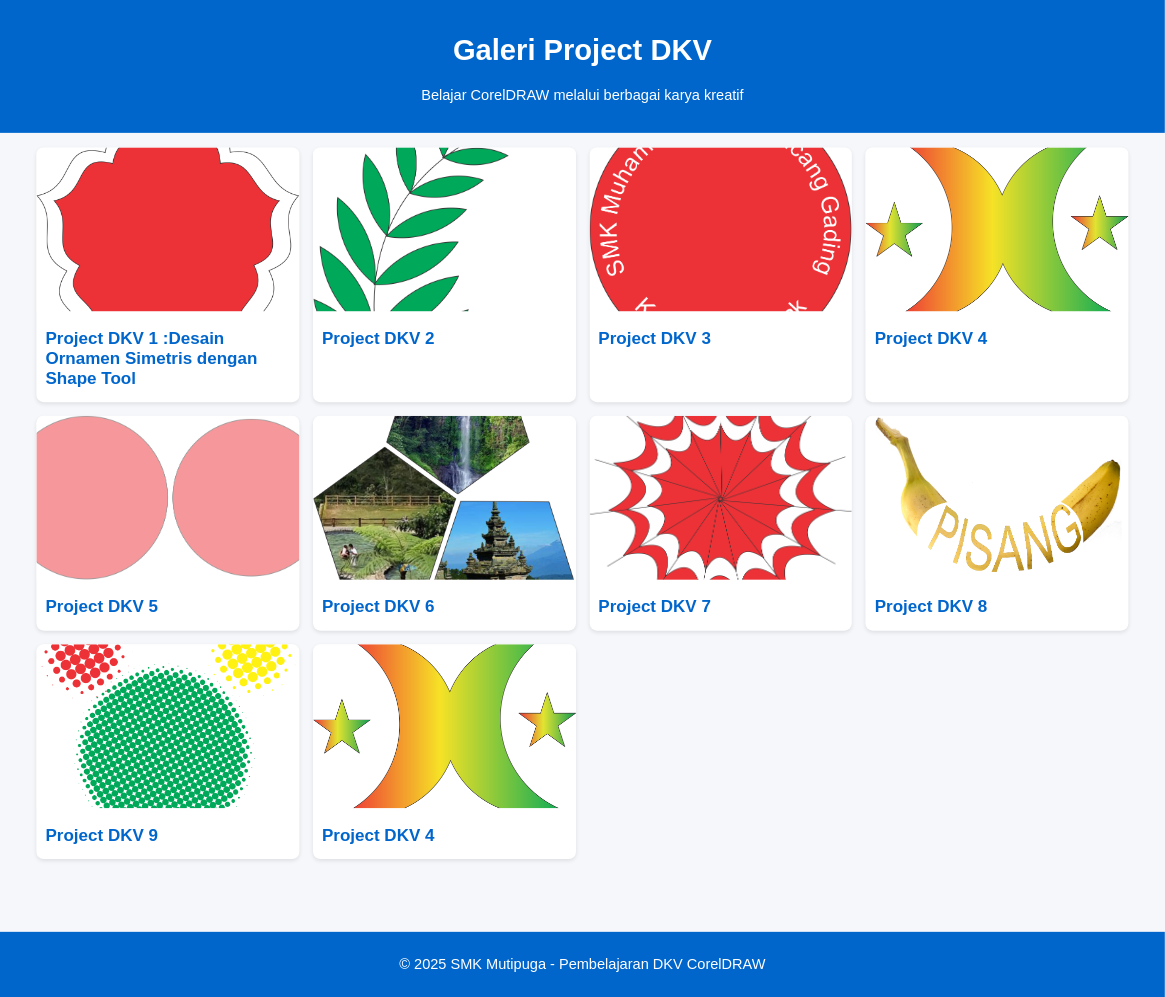
Repository: ppdbsmkmutipuga/galeriprojectdkvsmkmutipuga
Page: index.html
These files come from the project's save history. The page is drawn as it stood at one moment and after a run of saves; the edit follows.
The browser window is 1280 px wide. The pictures show the whole page, at 91% of full size.

Above is the page before, as saved 2025-08-14 03:10:18.
Console error: TypeError: Cannot read properties of null (reading 'addEventListener')

### index.html
<!DOCTYPE html>
<html lang="id">

<head>
    <meta charset="UTF-8">
    <meta name="viewport" content="width=device-width, initial-scale=1.0">
    <title>Galeri Project DKV CorelDRAW</title>
    <link rel="stylesheet" href="styles.css">
</head>

<body>

    <header>
        <h1>Galeri Project DKV</h1>
        <p>Belajar CorelDRAW melalui berbagai karya kreatif</p>
    </header>

    <main>
        <section class="grid-container" id="projectGrid">
            <!-- Card project akan dimasukkan lewat JavaScript -->
        </section>
    </main>

    <footer>
        <p>&copy; 2025 SMK Mutipuga - Pembelajaran DKV CorelDRAW</p>
    </footer>

    <!-- Modal -->
    <!-- Modal -->
    <div id="modal" class="modal">
        <div class="modal-content">
            <button class="close-btn" aria-label="Tutup Popup">
                &times; Tutup
            </button>

            <img id="modalImage" src="" alt="Project">
            <h2 id="modalTitle"></h2>
            <div class="modal-scroll">
                <h4>Yang Dipelajari:</h4>
                <ul id="modalBelajar"></ul>
                <h4>Tujuan:</h4>
                <ul id="modalTujuan"></ul>
            </div>
        </div>
    </div>


    <script src="script.js"></script>
</body>

</html>

### styles.css
body {
    font-family: Arial, sans-serif;
    margin: 0;
    background: #f5f7fa;
    color: #333;
}

header {
    background: #0066cc;
    color: white;
    text-align: center;
    padding: 1rem;
}

main {
    max-width: 1200px;
    margin: auto;
    padding: 1rem;
}

.grid-container {
    display: grid;
    grid-template-columns: repeat(auto-fit, minmax(250px, 1fr));
    gap: 15px;
    margin-bottom: 2rem;
}

.project-card {
    background: white;
    border-radius: 8px;
    overflow: hidden;
    box-shadow: 0 2px 5px rgba(0, 0, 0, 0.1);
    cursor: pointer;
    transition: transform 0.2s;
}

.project-card:hover {
    transform: scale(1.03);
}

.project-card img {
    width: 100%;
    height: 180px;
    object-fit: cover;
}

.project-info {
    padding: 10px;
}

.project-info h3 {
    margin: 5px 0;
    color: #0066cc;
}

footer {
    background: #0066cc;
    color: white;
    text-align: center;
    padding: 0.7rem;
    margin-top: 2rem;
}

/* Modal Style */
/* Modal background */
.modal {
    display: none;
    position: fixed;
    z-index: 1000;
    left: 0;
    top: 0;
    width: 100%;
    height: 100%;
    background-color: rgba(0, 0, 0, 0.7);
}

/* Modal box */
.modal-content {
    background: white;
    margin: 50px auto;
    padding: 15px;
    border-radius: 8px;
    width: 80%;
    max-width: 800px;
    max-height: 90vh;
    /* Biar nggak melebihi layar */
    overflow: hidden;
    /* Scroll hanya di area dalam */
    display: flex;
    flex-direction: column;
}

/* Scrollable area */
.modal-scroll {
    flex: 1;
    overflow: auto;
    /* Scroll muncul kalau konten panjang */
    margin-top: 10px;
    padding: 10px;
    border-top: 1px solid #ccc;
}

/* Biar bisa scroll kanan kiri juga */
.modal-scroll ul,
.modal-scroll p {
    min-width: 600px;
    /* Kalau mau horizontal scroll */
}

/* Gambar di modal */
.modal-content img {
    max-height: 300px;
    object-fit: contain;
    width: 100%;
}

/* Tombol close */
.close-btn {
    position: absolute;
    top: 15px;
    right: 20px;
    font-size: 28px;
    font-weight: bold;
    cursor: pointer;
}


.close-btn {
    position: absolute;
    top: 15px;
    right: 20px;
    background-color: #e74c3c;
    /* merah biar jelas */
    color: white;
    font-size: 16px;
    font-weight: bold;
    border: none;
    padding: 8px 14px;
    border-radius: 20px;
    cursor: pointer;
    display: flex;
    align-items: center;
    gap: 5px;
    transition: background 0.3s ease;
}

.close-btn:hover {
    background-color: #c0392b;
    /* merah lebih gelap saat hover */
}

.close-btn:focus {
    outline: 2px solid #fff;
    outline-offset: 2px;
}

### script.js
// Data project (setiap project punya data berbeda)
const projects = [
    {
        title: "Project DKV 1 :Desain Ornamen Simetris dengan Shape Tool",
        image: "images/project01dkv.png",
        belajar: [
            "Menggunakan Shape Tool untuk mengedit node dan membentuk objek",
            "Mengubah garis menjadi kurva dengan fitur To Curve",
            "Mengatur urutan objek dengan Order to Back Layer",
            "Menerapkan prinsip keseimbangan dan simetri dalam desain",
            "Mengatur warna dan lapisan untuk menghasilkan tampilan yang menarik.",
        ],
        tujuan: [
            "Melatih keterampilan dasar mengolah objek vektor di CorelDRAW",
            "Mengembangkan kemampuan membentuk ornamen dengan teknik kurva",
            "Memahami pengaturan lapisan (layer) untuk manajemen desain yang rapi",
            "Menumbuhkan kreativitas dalam menciptakan desain dekoratif",
            "Meningkatkan ketelitian dan estetika dalam karya digital."
        ]
    },
    {
        title: "Project DKV 2",
        image: "images/project02dkv.png",
        belajar: [
            "Menggunakan Shape Tool untuk membentuk ikon",
            "Memanfaatkan kurva Bézier untuk detail logo",
            "Pengaturan warna dan gradasi",
            "Export logo dengan latar transparan"
        ],
        tujuan: "Menguasai pembuatan logo sederhana yang mewakili identitas organisasi."
    },
    {
        title: "Project DKV 3",
        image: "images/project03dkv.png",
        belajar: [
            "Menentukan layout poster vertikal",
            "Mengatur teks headline dan subheadline",
            "Menggunakan gambar dengan efek transparansi",
            "Memadukan warna untuk kesan energik"
        ],
        tujuan: "Mampu membuat poster yang komunikatif dan menarik perhatian audiens."
    },
    {
        title: "Project DKV 4",
        image: "images/project04dkv.png",
        belajar: [
            "Menentukan layout poster vertikal",
            "Mengatur teks headline dan subheadline",
            "Menggunakan gambar dengan efek transparansi",
            "Memadukan warna untuk kesan energik"
        ],
        tujuan: "Mampu membuat poster yang komunikatif dan menarik perhatian audiens."
    },
    {
        title: "Project DKV 5",
        image: "images/project05dkv.png",
        belajar: [
            "Menentukan layout poster vertikal",
            "Mengatur teks headline dan subheadline",
            "Menggunakan gambar dengan efek transparansi",
            "Memadukan warna untuk kesan energik"
        ],
        tujuan: "Mampu membuat poster yang komunikatif dan menarik perhatian audiens."
    },
    {
        title: "Project DKV 6",
        image: "images/project06dkv.png",
        belajar: [
            "Menentukan layout poster vertikal",
            "Mengatur teks headline dan subheadline",
            "Menggunakan gambar dengan efek transparansi",
            "Memadukan warna untuk kesan energik"
        ],
        tujuan: "Mampu membuat poster yang komunikatif dan menarik perhatian audiens."
    },
    {
        title: "Project DKV 7",
        image: "images/project07dkv.png",
        belajar: [
            "Menentukan layout poster vertikal",
            "Mengatur teks headline dan subheadline",
            "Menggunakan gambar dengan efek transparansi",
            "Memadukan warna untuk kesan energik"
        ],
        tujuan: "Mampu membuat poster yang komunikatif dan menarik perhatian audiens."
    },
    {
        title: "Project DKV 8",
        image: "images/project08dkv.png",
        belajar: [
            "Menentukan layout poster vertikal",
            "Mengatur teks headline dan subheadline",
            "Menggunakan gambar dengan efek transparansi",
            "Memadukan warna untuk kesan energik"
        ],
        tujuan: "Mampu membuat poster yang komunikatif dan menarik perhatian audiens."
    },
    {
        title: "Project DKV 9",
        image: "images/project09dkv.png",
        belajar: [
            "Menentukan layout poster vertikal",
            "Mengatur teks headline dan subheadline",
            "Menggunakan gambar dengan efek transparansi",
            "Memadukan warna untuk kesan energik"
        ],
        tujuan: "Mampu membuat poster yang komunikatif dan menarik perhatian audiens."
    },
    {
        title: "Project DKV 4",
        image: "images/project04dkv.png",
        belajar: [
            "Menentukan layout poster vertikal",
            "Mengatur teks headline dan subheadline",
            "Menggunakan gambar dengan efek transparansi",
            "Memadukan warna untuk kesan energik"
        ],
        tujuan: "Mampu membuat poster yang komunikatif dan menarik perhatian audiens."
    },
];

// Tampilkan grid
const projectGrid = document.getElementById("projectGrid");
projects.forEach((proj, index) => {
    const card = document.createElement("div");
    card.classList.add("project-card");

    card.innerHTML = `
        <img src="${proj.image}" alt="${proj.title}">
        <div class="project-info">
            <h3>${proj.title}</h3>
        </div>
    `;

    // Klik untuk buka modal
    card.addEventListener("click", () => openModal(index));
    projectGrid.appendChild(card);
});

// Modal logic
const modal = document.getElementById("modal");
const modalImage = document.getElementById("modalImage");
const modalTitle = document.getElementById("modalTitle");
const modalBelajar = document.getElementById("modalBelajar");
const modalTujuan = document.getElementById("modalTujuan");
const closeBtn = document.querySelector(".close-btn");

function openModal(index) {
    const proj = projects[index];
    modalImage.src = proj.image;
    modalTitle.textContent = proj.title;
    modalBelajar.innerHTML = proj.belajar.map(item => `<li>${item}</li>`).join("");
    modalTujuan.textContent = proj.tujuan;
    modal.style.display = "block";
}

closeBtn.addEventListener("click", () => {
    modal.style.display = "none";
});

window.addEventListener("click", (e) => {
    if (e.target === modal) modal.style.display = "none";
});

// Form interaktif
document.getElementById("feedbackForm").addEventListener("submit", function (event) {
    event.preventDefault();
    let nama = document.getElementById("nama").value;
    let kelas = document.getElementById("kelas").value;
    let komentar = document.getElementById("komentar").value;

    alert(`Terima kasih, ${nama} dari kelas ${kelas}!\nKomentar kamu: "${komentar}" telah kami terima.`);
    this.reset();
});

After the next 2 saves:
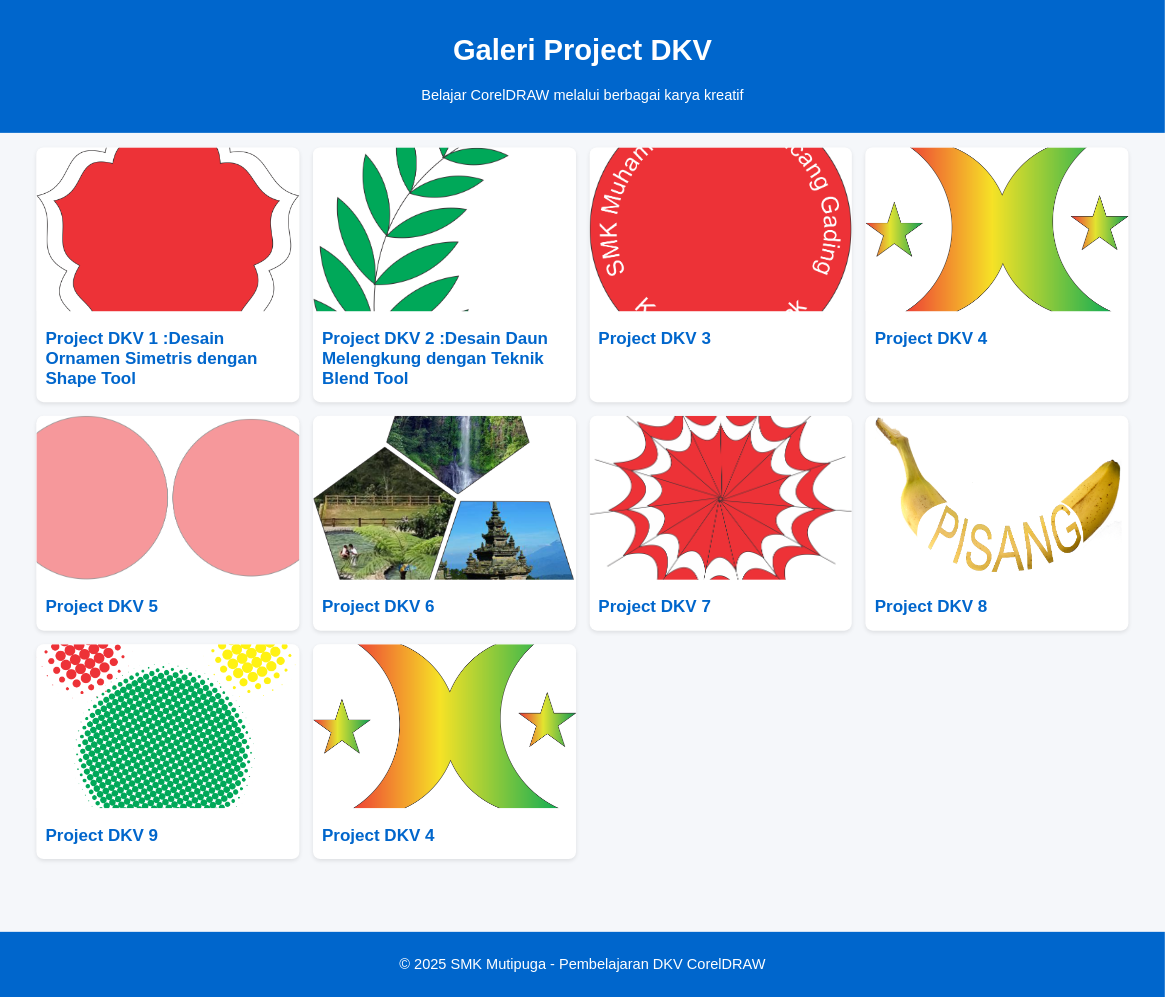
The 2 saves are shown as one change because they came seconds apart.
The last was saved 7 min 40 s later.
--- a/script.js
+++ b/script.js
@@ -19,7 +19,7 @@
         ]
     },
     {
-        title: "Project DKV 2",
+        title: "Project DKV 2 :Desain Daun Melengkung dengan Teknik Blend Tool",
         image: "images/project02dkv.png",
         belajar: [
             "Menggunakan Shape Tool untuk membentuk ikon",
